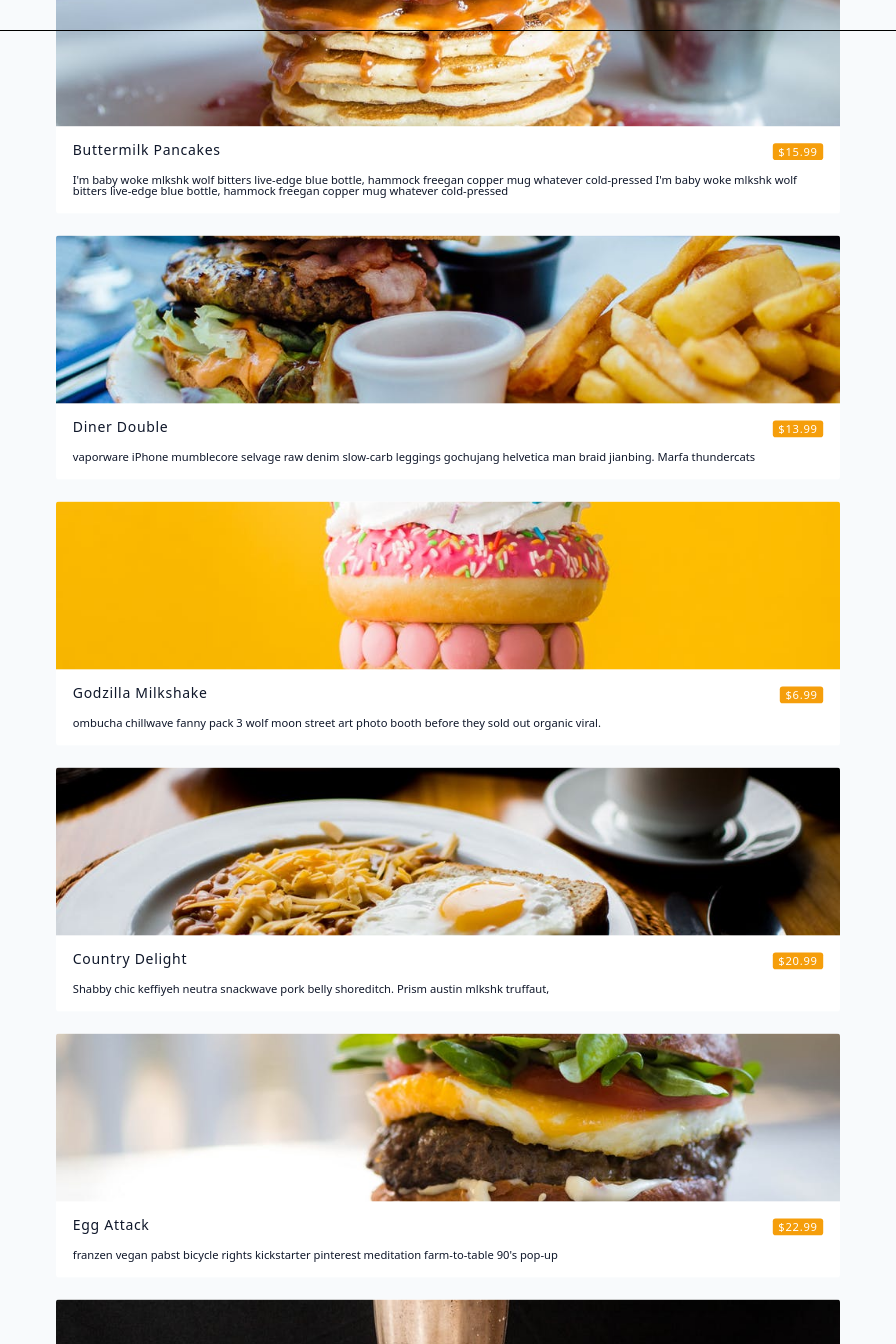
Repository: dydals3440/React-Projects
Page: / (app in 04-fundamental-projects/05-menu/starter/)
These files come from the project's save history. The page is drawn as it stood at one moment and after the next save; the edit follows.
The browser window is 1280 px wide. The pictures show the part of the page from y = 322 to 2242 px (the page is 3746 px tall before and 3906 px after), at 70% of full size.
The project was rebuilt for these pictures with package versions that can differ from the ones it lists, and the page was loaded fresh each time. Also part of the build but not shown: 04-fundamental-projects/05-menu/starter/vite.config.js.

Above is the page before, as saved 2023-09-07 14:00:42.

### 04-fundamental-projects/05-menu/starter/src/App.jsx
import { useState } from 'react';
import Title from './Title';
import menu from './data';
import Menu from './Menu';
import Categories from './Categories';

// const tempCategories = menu.map((item) => item.category);
// // 중복된 카테고리를 제외!
// const tempSet = new Set(tempCategories);
// const tempItems = ['all', ...tempSet];
// console.log(tempItems);

const allCategories = ['all', ...new Set(menu.map((item) => item.category))];

const App = () => {
  const [menuItems, setMenuItems] = useState(menu);
  const [categories, setCategories] = useState(allCategories);
  const filterItems = (category) => {
    if (category === 'all') {
      setMenuItems(menu);
      return;
    }
    const newItems = menu.filter((item) => item.category === category);
    setMenuItems(newItems);
  };

  return (
    <main>
      <section className='menu'>
        <Title text='our menu' />
        <Categories categories={categories} filterItems={filterItems} />
        <Menu items={menuItems} />
      </section>
    </main>
  );
};
export default App;

### 04-fundamental-projects/05-menu/starter/src/index.css
/* ============= GLOBAL CSS =============== */

*,
::after,
::before {
  margin: 0;
  padding: 0;
  box-sizing: border-box;
}

html {
  font-size: 100%;
} /*16px*/

:root {
  /* colors */
  --primary-100: #fef3c7;
  --primary-200: #fde68a;
  --primary-300: #fcd34d;
  --primary-400: #fbbf24;
  --primary-500: #f59e0b;
  --primary-600: #d97706;
  --primary-700: #b45309;
  --primary-800: #92400e;
  --primary-900: #78350f;

  /* grey */
  --grey-50: #f8fafc;
  --grey-100: #f1f5f9;
  --grey-200: #e2e8f0;
  --grey-300: #cbd5e1;
  --grey-400: #94a3b8;
  --grey-500: #64748b;
  --grey-600: #475569;
  --grey-700: #334155;
  --grey-800: #1e293b;
  --grey-900: #0f172a;
  /* rest of the colors */
  --black: #222;
  --white: #fff;
  --red-light: #f8d7da;
  --red-dark: #842029;
  --green-light: #d1e7dd;
  --green-dark: #0f5132;

  --small-text: 0.875rem;
  --extra-small-text: 0.7em;
  /* rest of the vars */
  --backgroundColor: var(--grey-50);
  --textColor: var(--grey-900);
  --borderRadius: 0.25rem;
  --letterSpacing: 1px;
  --transition: 0.3s ease-in-out all;
  --max-width: 1120px;
  --fixed-width: 600px;

  /* box shadow*/
  --shadow-1: 0 1px 3px 0 rgba(0, 0, 0, 0.1), 0 1px 2px 0 rgba(0, 0, 0, 0.06);
  --shadow-2: 0 4px 6px -1px rgba(0, 0, 0, 0.1),
    0 2px 4px -1px rgba(0, 0, 0, 0.06);
  --shadow-3: 0 10px 15px -3px rgba(0, 0, 0, 0.1),
    0 4px 6px -2px rgba(0, 0, 0, 0.05);
  --shadow-4: 0 20px 25px -5px rgba(0, 0, 0, 0.1),
    0 10px 10px -5px rgba(0, 0, 0, 0.04);
}

body {
  background: var(--backgroundColor);
  font-family: system-ui, -apple-system, BlinkMacSystemFont, 'Segoe UI', Roboto,
    Oxygen, Ubuntu, Cantarell, 'Open Sans', 'Helvetica Neue', sans-serif;
  font-weight: 400;
  line-height: 1;
  color: var(--textColor);
}
p {
  margin: 0;
}
h1,
h2,
h3,
h4,
h5 {
  margin: 0;
  font-family: var(--headingFont);
  font-weight: 400;
  line-height: 1;
  text-transform: capitalize;
  letter-spacing: var(--letterSpacing);
}

h1 {
  font-size: 3.052rem;
}

h2 {
  font-size: 2.441rem;
}

h3 {
  font-size: 1.953rem;
}

h4 {
  font-size: 1.563rem;
}

h5 {
  font-size: 1.25rem;
}

.text {
  margin-bottom: 1.5rem;
  max-width: 40em;
}

small,
.text-small {
  font-size: var(--small-text);
}

a {
  text-decoration: none;
}
ul {
  list-style-type: none;
  padding: 0;
}

.img {
  width: 100%;
  display: block;
  object-fit: cover;
}
/* buttons */

.btn {
  cursor: pointer;
  color: var(--white);
  background: var(--primary-500);
  border: transparent;
  border-radius: var(--borderRadius);
  letter-spacing: var(--letterSpacing);
  padding: 0.375rem 0.75rem;
  box-shadow: var(--shadow-1);
  transition: var(--transition);
  text-transform: capitalize;
  display: inline-block;
}
.btn:hover {
  background: var(--primary-700);
  box-shadow: var(--shadow-3);
}
.btn-hipster {
  color: var(--primary-500);
  background: var(--primary-200);
}
.btn-hipster:hover {
  color: var(--primary-200);
  background: var(--primary-700);
}
.btn-block {
  width: 100%;
}

/* alerts */
.alert {
  padding: 0.375rem 0.75rem;
  margin-bottom: 1rem;
  border-color: transparent;
  border-radius: var(--borderRadius);
}

.alert-danger {
  color: var(--red-dark);
  background: var(--red-light);
}
.alert-success {
  color: var(--green-dark);
  background: var(--green-light);
}
/* form */

.form {
  width: 90vw;
  max-width: var(--fixed-width);
  background: var(--white);
  border-radius: var(--borderRadius);
  box-shadow: var(--shadow-2);
  padding: 2rem 2.5rem;
  margin: 3rem auto;
}
.form-label {
  display: block;
  font-size: var(--small-text);
  margin-bottom: 0.5rem;
  text-transform: capitalize;
  letter-spacing: var(--letterSpacing);
}
.form-input,
.form-textarea {
  width: 100%;
  padding: 0.375rem 0.75rem;
  border-radius: var(--borderRadius);
  background: var(--backgroundColor);
  border: 1px solid var(--grey-200);
}

.form-row {
  margin-bottom: 1rem;
}

.form-textarea {
  height: 7rem;
}
::placeholder {
  font-family: inherit;
  color: var(--grey-400);
}
.form-alert {
  color: var(--red-dark);
  letter-spacing: var(--letterSpacing);
  text-transform: capitalize;
}
/* alert */

@keyframes spinner {
  to {
    transform: rotate(360deg);
  }
}

.loading {
  width: 6rem;
  height: 6rem;
  border: 5px solid var(--grey-400);
  border-radius: 50%;
  border-top-color: var(--primary-500);
  animation: spinner 0.6s linear infinite;
  margin: 0 auto;
}

/* title */

.title {
  text-align: center;
}

.title-underline {
  background: var(--primary-500);
  width: 7rem;
  height: 0.25rem;
  margin: 0 auto;
  margin-top: 1rem;
}
/* ============= PROJECT CSS =============== */
.menu {
  padding: 5rem 0;
}

.btn-container {
  margin: 2rem 0 4rem 0;
  display: flex;
  justify-content: center;
  flex-wrap: wrap;
  gap: 1rem;
}

.section-center {
  width: 90vw;
  margin: 0 auto;
  max-width: var(--max-width);
  display: grid;
  gap: 2rem;
}

.menu-item {
  background: var(--white);
  border-radius: var(--borderRadius);
}

.menu-item .img {
  height: 15rem;
  border-top-right-radius: var(--borderRadius);
  border-top-left-radius: var(--borderRadius);
}

.item-info {
  padding: 1.5rem;
}

.item-info header {
  display: flex;
  justify-content: space-between;
  flex-wrap: wrap;
  gap: 1rem;
  margin-bottom: 1.25rem;
}

.item-info h5 {
  font-weight: 500;
}

.item-price {
  background: var(--primary-500);
  color: var(--white);
  padding: 0.25rem 0.5rem;
  letter-spacing: var(--letterSpacing);
  border-radius: var(--borderRadius);
}

### 04-fundamental-projects/05-menu/starter/src/Title.jsx
function Title({ text }) {
  return (
    <div className='title'>
      <h2>{text || 'Default Title'}</h2>
      <div className='title-underline'></div>
    </div>
  );
}

export default Title;

### 04-fundamental-projects/05-menu/starter/src/data.js
const menu = [
  {
    id: 1,
    title: 'buttermilk pancakes',
    category: 'breakfast',
    price: 15.99,
    img: '/images/item-1.jpeg',
    desc: `I'm baby woke mlkshk wolf bitters live-edge blue bottle, hammock freegan copper mug whatever cold-pressed I'm baby woke mlkshk wolf bitters live-edge blue bottle, hammock freegan copper mug whatever cold-pressed `,
  },
  {
    id: 2,
    title: 'diner double',
    category: 'lunch',
    price: 13.99,
    img: '/images/item-2.jpeg',
    desc: `vaporware iPhone mumblecore selvage raw denim slow-carb leggings gochujang helvetica man braid jianbing. Marfa thundercats `,
  },
  {
    id: 3,
    title: 'godzilla milkshake',
    category: 'shakes',
    price: 6.99,
    img: '/images/item-3.jpeg',
    desc: `ombucha chillwave fanny pack 3 wolf moon street art photo booth before they sold out organic viral.`,
  },
  {
    id: 4,
    title: 'country delight',
    category: 'breakfast',
    price: 20.99,
    img: '/images/item-4.jpeg',
    desc: `Shabby chic keffiyeh neutra snackwave pork belly shoreditch. Prism austin mlkshk truffaut, `,
  },
  {
    id: 5,
    title: 'egg attack',
    category: 'lunch',
    price: 22.99,
    img: '/images/item-5.jpeg',
    desc: `franzen vegan pabst bicycle rights kickstarter pinterest meditation farm-to-table 90's pop-up `,
  },
  {
    id: 6,
    title: 'oreo dream',
    category: 'shakes',
    price: 18.99,
    img: '/images/item-6.jpeg',
    desc: `Portland chicharrones ethical edison bulb, palo santo craft beer chia heirloom iPhone everyday`,
  },
  {
    id: 7,
    title: 'bacon overflow',
    category: 'breakfast',
    price: 8.99,
    img: '/images/item-7.jpeg',
    desc: `carry jianbing normcore freegan. Viral single-origin coffee live-edge, pork belly cloud bread iceland put a bird `,
  },
  {
    id: 8,
    title: 'american classic',
    category: 'lunch',
    price: 12.99,
    img: '/images/item-8.jpeg',
    desc: `on it tumblr kickstarter thundercats migas everyday carry squid palo santo leggings. Food truck truffaut  `,
  },
  {
    id: 9,
    title: 'quarantine buddy',
    category: 'shakes',
    price: 16.99,
    img: '/images/item-9.jpeg',
    desc: `skateboard fam synth authentic semiotics. Live-edge lyft af, edison bulb yuccie crucifix microdosing.`,
  },
];
export default menu;

### 04-fundamental-projects/05-menu/starter/src/Menu.jsx
import MenuItem from './MenuItem';

const Menu = ({ items }) => {
  return (
    <div className='section-center'>
      {items.map((menuItem) => {
        return <MenuItem key={menuItem.id} {...menuItem} />;
      })}
    </div>
  );
};

export default Menu;

### 04-fundamental-projects/05-menu/starter/src/Categories.jsx
const Categories = ({ categories, filterItems }) => {
  return (
    <div className='btn-container'>
      {categories.map((category) => {
        return (
          <button
            type='button'
            className='btn'
            key={category}
            // 카테고리를 통과해야하기 떄문에 화살표함수 기능을 제공해야함.
            onClick={() => filterItems(category)}
          >
            {category}
          </button>
        );
      })}
    </div>
  );
};

export default Categories;

### 04-fundamental-projects/05-menu/starter/src/MenuItem.jsx
const MenuItem = ({ img, title, price, desc }) => {
  return (
    <article className='menu-item'>
      <img src={img} alt={title} className='img' />
      <div className='item-info'>
        <header>
          <h5>{title}</h5>
          <span className='item-price'>${price}</span>
        </header>
        <p className='item-text'>{desc}</p>
      </div>
    </article>
  );
};

export default MenuItem;

Loaded but not shown: 04-fundamental-projects/05-menu/starter/index.html (common file); 04-fundamental-projects/05-menu/starter/src/main.jsx (common file)

After the next save:
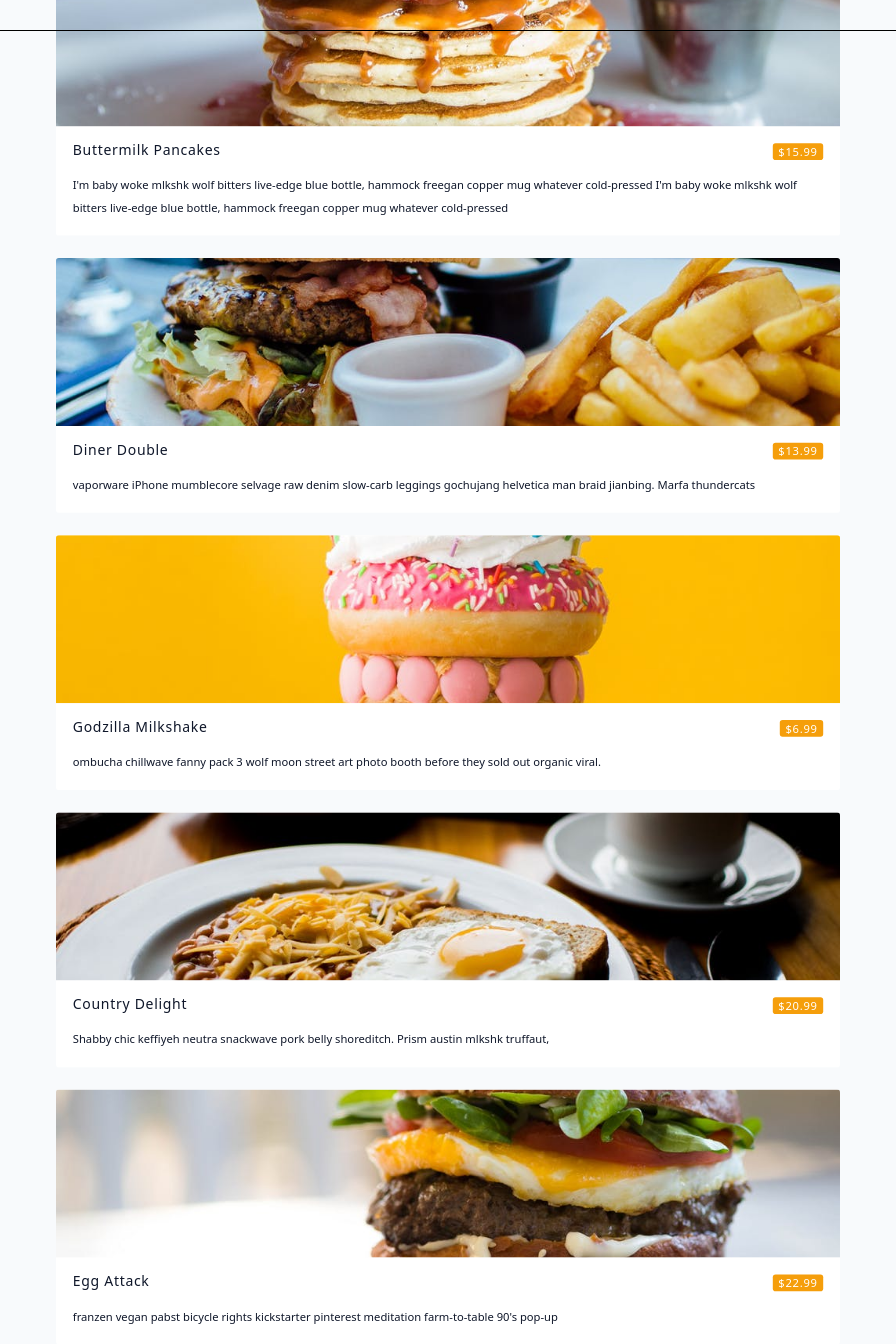
Saved 31 s later.
--- a/04-fundamental-projects/05-menu/starter/src/index.css
+++ b/04-fundamental-projects/05-menu/starter/src/index.css
@@ -307,3 +307,7 @@ ul {
   letter-spacing: var(--letterSpacing);
   border-radius: var(--borderRadius);
 }
+
+.item-text {
+  line-height: 2;
+}
